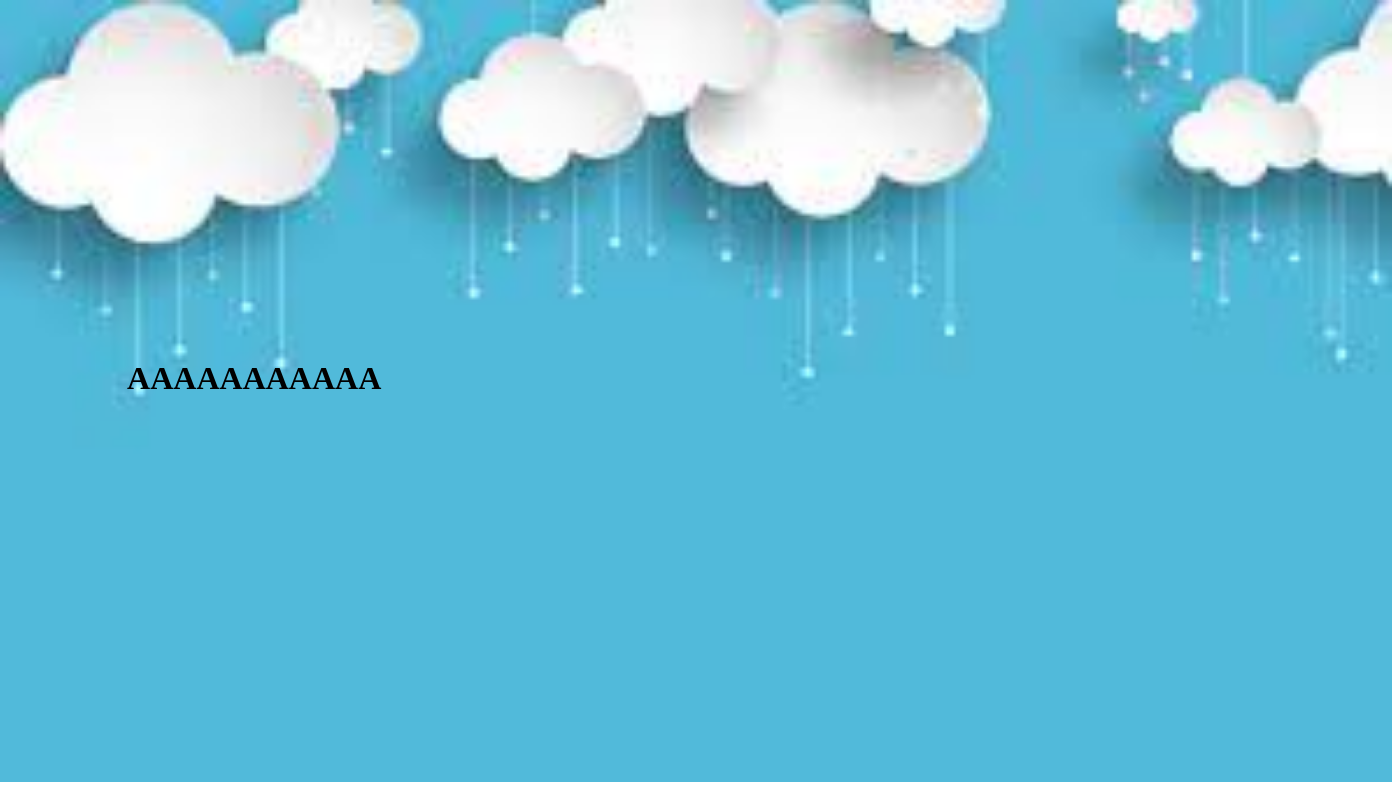
Repository: nguyenanhtuanHDU/Demo_img
Page: index.html
An editor plug-in stored every save of this project. The page is shown before and after the next save, followed by the edit.
The browser window is 1280 px wide. The page is 1392 px wide, so the pictures cover 1392 px, including what lies to the right of the window. The pictures show the whole page.

Above is the page before, as saved 2022-02-08 08:42:03.

After the next save:
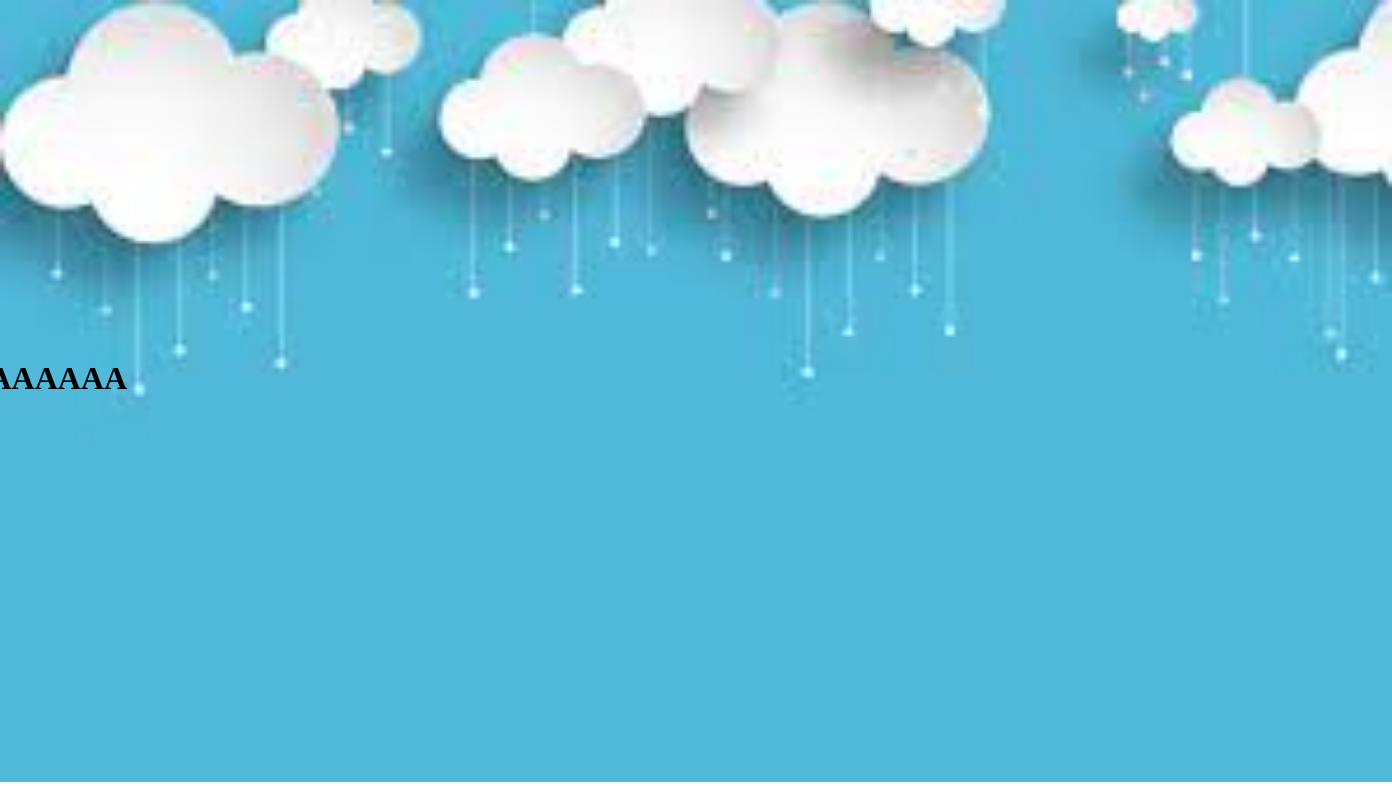
Saved 4 s later.
--- a/assets/style.css
+++ b/assets/style.css
@@ -11,5 +11,5 @@
 .content_heading{
     position: absolute;
     top: 50%;
-    transform: translateX(50%);
+    transform: translateX(-50%);
 }
